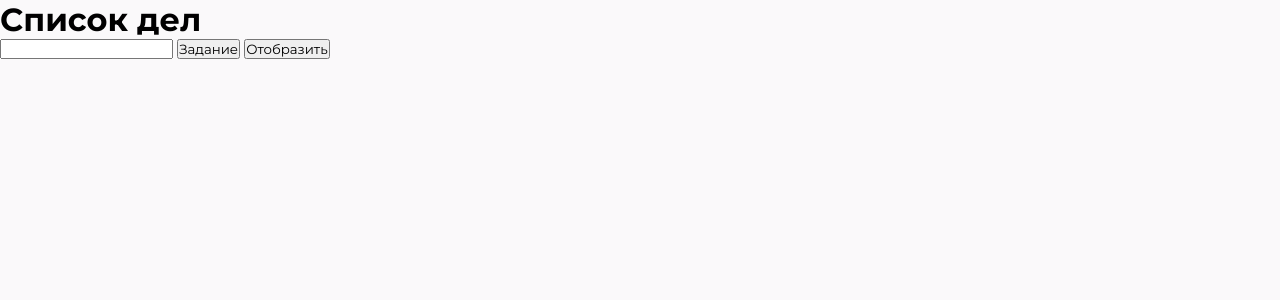
Repository: andbaik/it_unit9
Page: index.html
An editor plug-in stored every save of this project. The page is shown before and after the next save, followed by the edit.
The browser window is 1280 px wide. The pictures show the whole page.

Above is the page before, as saved 2021-04-06 21:48:26.

### index.html
<!DOCTYPE html>
<html lang="ru">
<head>
    <meta charset="UTF-8">
    <meta http-equiv="X-UA-Compatible" content="IE=edge">
    <meta name="viewport" content="width=device-width, initial-scale=1.0">
    <title>Список дел</title>
    <link rel="stylesheet" href="/css/style.css">
</head>
<body>

    <head>
        <h1>Список дел</h1>
    </head>
    <section>
        <input type="text" name="task" id="task">
        <button class="add-task btn">Задание</button>
        <button class="show-task btn">Отобразить</button>
        <div class="result"></div>
    </section>
</body>
</html>

### css/style.css
@import url('https://fonts.googleapis.com/css2?family=Montserrat:wght@400;700&display=swap');

* {
    margin: 0;
    padding: 0;
    font-family: 'Montserrat', sans-serif;

}

body {
background-color: #FAF9FA;
}

input {
    width:
}

9B999B - border
F2F1F2 - btn bacground
6B696B - plasholder color text
C2C1C2 - btn text color

848384 - div color text
C2C1C2 border color div

After the next save:
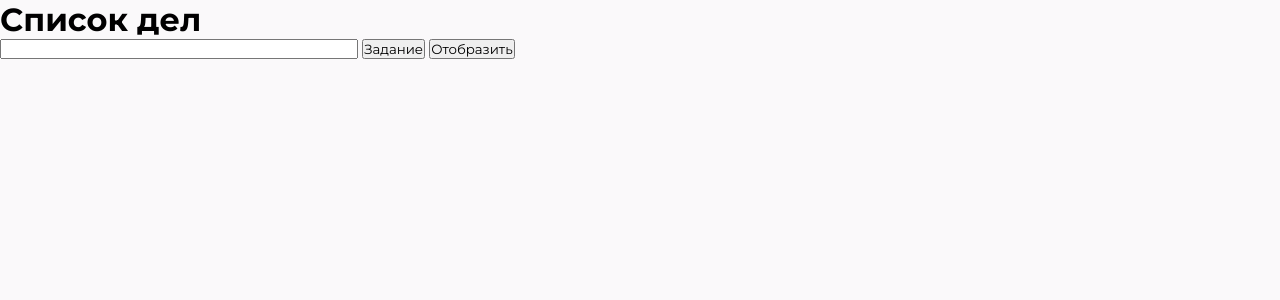
Saved 17 s later.
--- a/css/style.css
+++ b/css/style.css
@@ -12,7 +12,8 @@ background-color: #FAF9FA;
 }
 
 input {
-    width:
+    width: 354px;
+
 }
 
 9B999B - border
